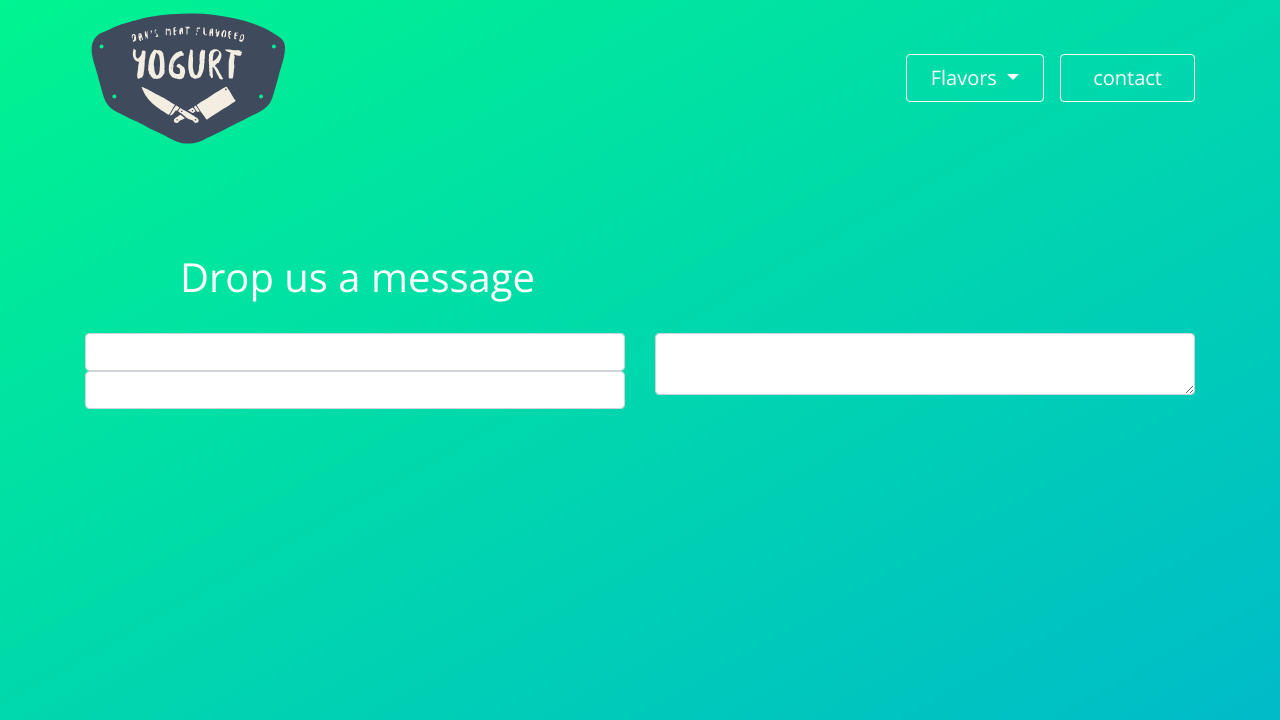
Repository: hoangnam180/Huyen
Page: Form.html
The author's editor kept a copy of each file at every save. The page is drawn from the files as they stood at one save, then again after the next save.
The browser window is 1280 px wide. The pictures show the whole page.

Above is the page before, as saved 2021-12-03 18:52:33.
Not found: space.scss

After the next save:
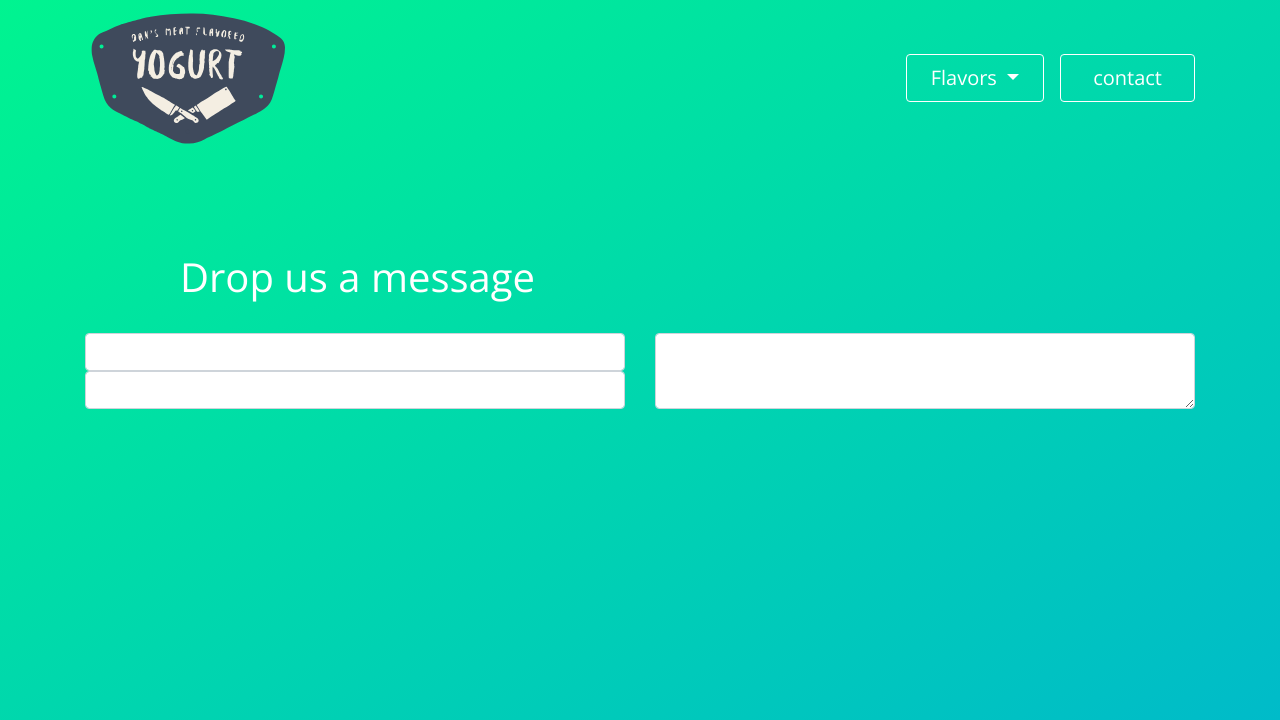
Saved 14 s later.
--- a/Form.html
+++ b/Form.html
@@ -68,7 +68,7 @@
                 </div>
             </div>
             <div class="col">
-                <textarea style="100%" class="form-control" placeholder=""></textarea>
+                <textarea style="height: 100%;" class="form-control" placeholder=""></textarea>
             </div>
         </div>
     </div>
